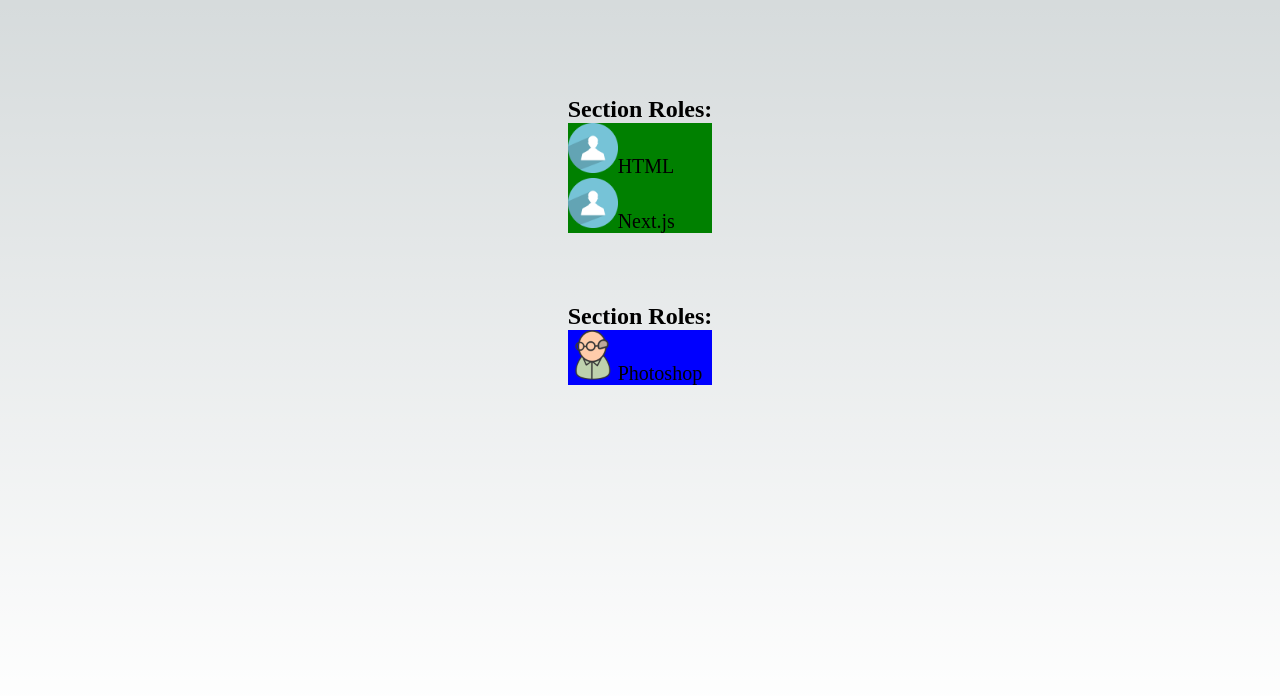
Repository: anikagrewal/week3example
Page: /about
The author's editor kept a copy of each file at every save. The page is drawn from the files as they stood at one save, then again after the next save.
The browser window is 1280 px wide. The pictures show the whole page.
The project was rebuilt for these pictures with package versions that can differ from the ones it lists, and the page was loaded fresh each time. The framework's server and built-in components were replaced by stand-ins that run in the browser. Also part of the build but not shown: next.config.js, styles/About.module.css.

Above is the page before, as saved 2023-01-20 12:09:03.

### pages/about.js
import Head from 'next/head'
import Image from 'next/image'
import { Inter } from '@next/font/google'
import styles from '@/styles/Home.module.css'
import data from '../data/workplace.json'
import { useState } from 'react'
import CardEmployee from '../components/CardEmployee'

const inter = Inter({ subsets: ['latin'] })

console.log(data);
export default function About() {

    const [information, setInformation] = useState([...data])

    return (
        <>
        <Head>
        <title>About Page</title>
        <meta name="description" content="Generated by create next app" />
        <meta name="viewport" content="width=device-width, initial-scale=1" />
        <link rel="icon" href="/favicon.ico" />
      </Head>
      <main className={styles.main}>
        <div className={styles.grid}>
        <div className={styles.gridlayout}>
        <div>
        <h2 className={styles.busdeg}>Section Roles: </h2>
        {information && information.map((info, index) => {
          if(info.section === "frontend developer") {
            return (
              <div key={index}>
                <CardEmployee role={info.role} colour="green" font="20px"/>
              </div>
            )
          }


        })}
        </div>

        <div>
        <h2 className={styles.busdeg}>Section Roles: </h2>
        {information && information.map((info, index) => {
          if(info.section === "graphic designer") {
            return (
              <div key={index}>
                <CardEmployee role={info.role} colour="blue" font="20px"/>
              </div>
            )
          }


})}
</div>

</div>
</div>
</main>
</>
    )
}

### styles/Home.module.css
.main {
  display: flex;
  flex-direction: column;
  justify-content: space-between;
  align-items: center;
  padding: 6rem;
  min-height: 100vh;
}

.description {
  display: inherit;
  justify-content: inherit;
  align-items: inherit;
  font-size: 0.85rem;
  max-width: var(--max-width);
  width: 100%;
  z-index: 2;
  font-family: var(--font-mono);
}

.description a {
  display: flex;
  justify-content: center;
  align-items: center;
  gap: 0.5rem;
}

.description p {
  position: relative;
  margin: 0;
  padding: 1rem;
  background-color: rgba(var(--callout-rgb), 0.5);
  border: 1px solid rgba(var(--callout-border-rgb), 0.3);
  border-radius: var(--border-radius);
}

.code {
  font-weight: 700;
  font-family: var(--font-mono);
}

.grid {
  display: grid;
  grid-template-columns: (4, minmax(25%, auto));
  width: var(--max-width);
  max-width: 100%;
  justify-content: center;
}

.gridlayout {
  display: flex;
  flex-direction: column;
 gap: 70px;
}

.card {
  padding: 1rem 1.2rem;
  border-radius: var(--border-radius);
  background: rgba(var(--card-rgb), 0);
  border: 1px solid rgba(var(--card-border-rgb), 0);
  transition: background 200ms, border 200ms;
}

.card span {
  display: inline-block;
  transition: transform 200ms;
}

.card h2 {
  font-weight: 600;
  margin-bottom: 0.7rem;
}

.card p {
  margin: 0;
  opacity: 0.6;
  font-size: 0.9rem;
  line-height: 1.5;
  max-width: 30ch;
}

.center {
  display: flex;
  justify-content: center;
  align-items: center;
  position: relative;
  padding: 4rem 0;
}

.center::before {
  background: var(--secondary-glow);
  border-radius: 50%;
  width: 480px;
  height: 360px;
  margin-left: -400px;
}

.center::after {
  background: var(--primary-glow);
  width: 240px;
  height: 180px;
  z-index: -1;
}

.center::before,
.center::after {
  content: '';
  left: 50%;
  position: absolute;
  filter: blur(45px);
  transform: translateZ(0);
}

.logo,
.thirteen {
  position: relative;
}

.thirteen {
  display: flex;
  justify-content: center;
  align-items: center;
  width: 75px;
  height: 75px;
  padding: 25px 10px;
  margin-left: 16px;
  transform: translateZ(0);
  border-radius: var(--border-radius);
  overflow: hidden;
  box-shadow: 0px 2px 8px -1px #0000001a;
}

.thirteen::before,
.thirteen::after {
  content: '';
  position: absolute;
  z-index: -1;
}

.busdeg {
  display: flex;
  justify-content: center;
}

.compdeg {
  display: flex;
  justify-content: center;
}

.button {
  width: 150px;
  height: 50px;
  border-radius: 5px;
  font-size: 20px;
}


/* Conic Gradient Animation */
.thirteen::before {
  animation: 6s rotate linear infinite;
  width: 200%;
  height: 200%;
  background: var(--tile-border);
}

/* Inner Square */
.thirteen::after {
  inset: 0;
  padding: 1px;
  border-radius: var(--border-radius);
  background: linear-gradient(
    to bottom right,
    rgba(var(--tile-start-rgb), 1),
    rgba(var(--tile-end-rgb), 1)
  );
  background-clip: content-box;
}

/* Enable hover only on non-touch devices */
@media (hover: hover) and (pointer: fine) {
  .card:hover {
    background: rgba(var(--card-rgb), 0.1);
    border: 1px solid rgba(var(--card-border-rgb), 0.15);
  }

  .card:hover span {
    transform: translateX(4px);
  }
}

@media (prefers-reduced-motion) {
  .thirteen::before {
    animation: none;
  }

  .card:hover span {
    transform: none;
  }
}

/* Mobile */
@media (max-width: 700px) {
  .content {
    padding: 4rem;
  }

  .grid {
    grid-template-columns: 1fr;
    margin-bottom: 120px;
    max-width: 320px;
    text-align: center;
  }

  .card {
    padding: 1rem 2.5rem;
  }

  .card h2 {
    margin-bottom: 0.5rem;
  }

  .center {
    padding: 8rem 0 6rem;
  }

  .center::before {
    transform: none;
    height: 300px;
  }

  .description {
    font-size: 0.8rem;
  }

  .description a {
    padding: 1rem;
  }

  .description p,
  .description div {
    display: flex;
    justify-content: center;
    position: fixed;
    width: 100%;
  }

  .description p {
    align-items: center;
    inset: 0 0 auto;
    padding: 2rem 1rem 1.4rem;
    border-radius: 0;
    border: none;
    border-bottom: 1px solid rgba(var(--callout-border-rgb), 0.25);
    background: linear-gradient(
      to bottom,
      rgba(var(--background-start-rgb), 1),
      rgba(var(--callout-rgb), 0.5)
    );
    background-clip: padding-box;
    backdrop-filter: blur(24px);
  }

  .description div {
    align-items: flex-end;
    pointer-events: none;
    inset: auto 0 0;
    padding: 2rem;
    height: 200px;
    background: linear-gradient(
      to bottom,
      transparent 0%,
      rgb(var(--background-end-rgb)) 40%
    );
    z-index: 1;
  }
}

/* Tablet and Smaller Desktop */
@media (min-width: 701px) and (max-width: 1120px) {
  .grid {
    grid-template-columns: repeat(2, 50%);
  }
}

@media (prefers-color-scheme: dark) {
  .vercelLogo {
    filter: invert(1);
  }

  .logo,
  .thirteen img {
    filter: invert(1) drop-shadow(0 0 0.3rem #ffffff70);
  }
}

@keyframes rotate {
  from {
    transform: rotate(360deg);
  }
  to {
    transform: rotate(0deg);
  }
}

### data/workplace.json
[
    {
    "employeeNumber": "E2345",
    "firstName": "Joe",
    "role": "HTML",
    "position": "Junior",
    "section": "frontend developer",
    "startDate": 2021
},
{
    "employeeNumber": "E6789",
    "firstName": "Alice",
    "role": "Next.js",
    "position": "Junior",
    "section": "frontend developer",
    "startDate": 2020
},
{
    "employeeNumber": "E1011",
    "firstName": "Jane",
    "role": "Photoshop",
    "position": "Junior",
    "section": "graphic designer",
    "startDate": 2022
}
]

### components/CardEmployee/index.js
export default function CardEmployee({
    role = "none",
    colour = "purple",
    font = "0",
    image = "icon/personTwo.png"
}) {
    return(
        <div style={{backgroundColor: colour, fontSize:font}}>
            {
                colour === "green" ? <img src={'icon/person.png'} width="50"/> :
                colour === "blue" ? <img src={'icon/personThree.png'} width="50"/>:
                                     <img src={image} width="50"/>
            }
            {role}
        </div>
    )
}

Loaded but not shown: pages/_app.js (common file); pages/_document.js (common file); styles/globals.css (common file)

After the next save:
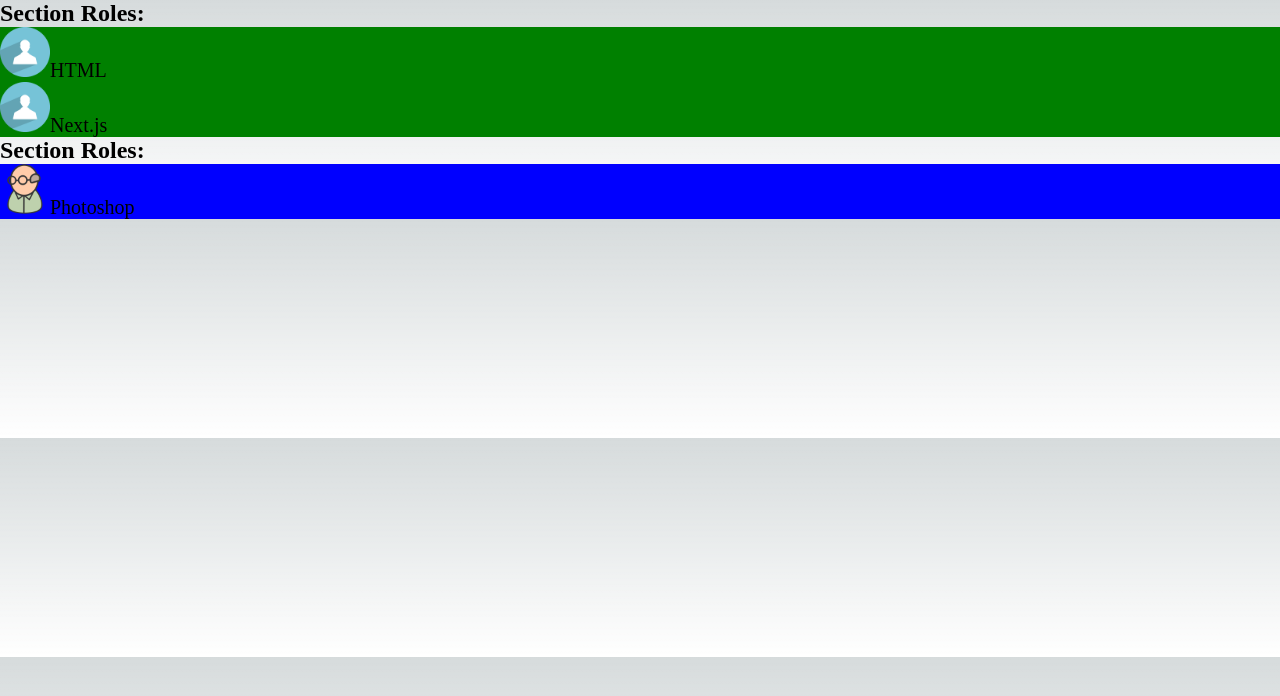
Saved 21 s later.
--- a/pages/about.js
+++ b/pages/about.js
@@ -1,7 +1,7 @@
 import Head from 'next/head'
 import Image from 'next/image'
 import { Inter } from '@next/font/google'
-import styles from '@/styles/Home.module.css'
+import styles from '@/styles/About.module.css'
 import data from '../data/workplace.json'
 import { useState } from 'react'
 import CardEmployee from '../components/CardEmployee'
